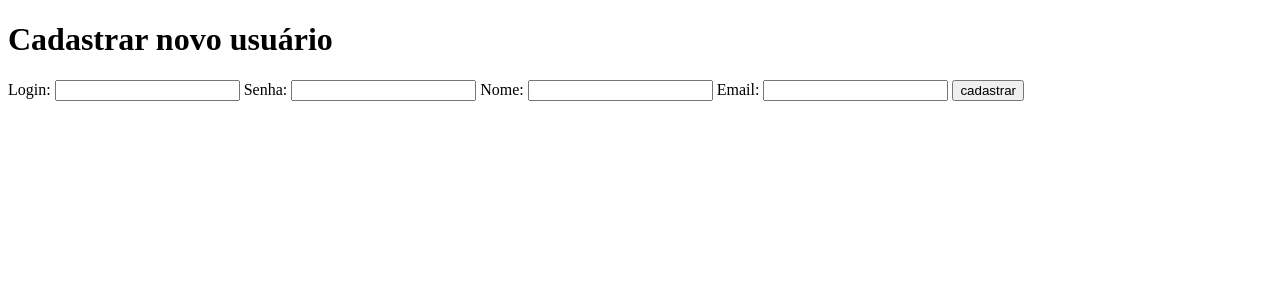
Repository: tainansv/desenvolvimento-agil-com-java-avan-ado
Page: http://localhost/Forum/cadastro.jsp
An editor plug-in stored every save of this project. The page is shown before and after the next save, followed by the edit.
The browser window is 1280 px wide. The pictures show the whole page.
The page is served by Tomcat 9.

Above is the page before, as saved 2016-10-03 19:58:23.

After the next save:
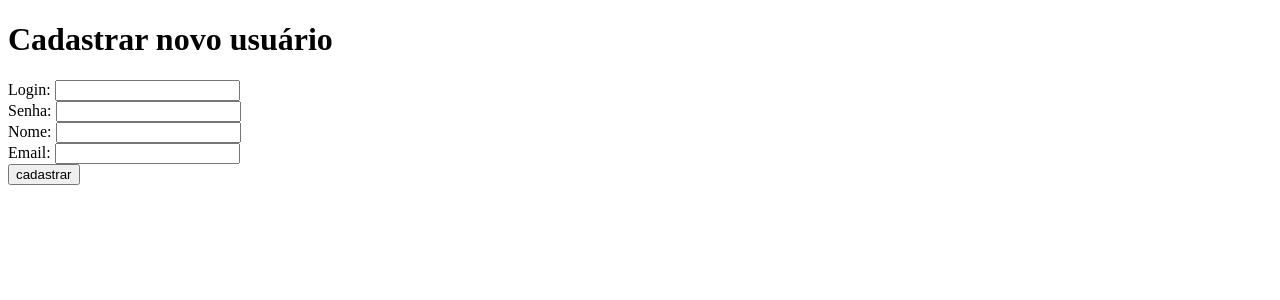
Saved 97 s later.
--- a/Forum/WebContent/cadastro.jsp
+++ b/Forum/WebContent/cadastro.jsp
@@ -10,11 +10,11 @@
 
 	<h1>Cadastrar novo usuário</h1>
 	<form action="cadastrar">
-		Login: <input type="text" name="login" />
-		Senha: <input type="password" name="senha" />
-		Nome:  <input type="text" name="nome" />
-		Email: <input type="text" name="email" />
-		<input type="submit" value="cadastrar" />
+		Login: <input type="text" name="login" /><br>
+		Senha: <input type="password" name="senha" /><br>
+		Nome:  <input type="text" name="nome" /><br>
+		Email: <input type="text" name="email" /><br>
+		<input type="submit" value="cadastrar" /><br>
 	</form>
 
 </body>
